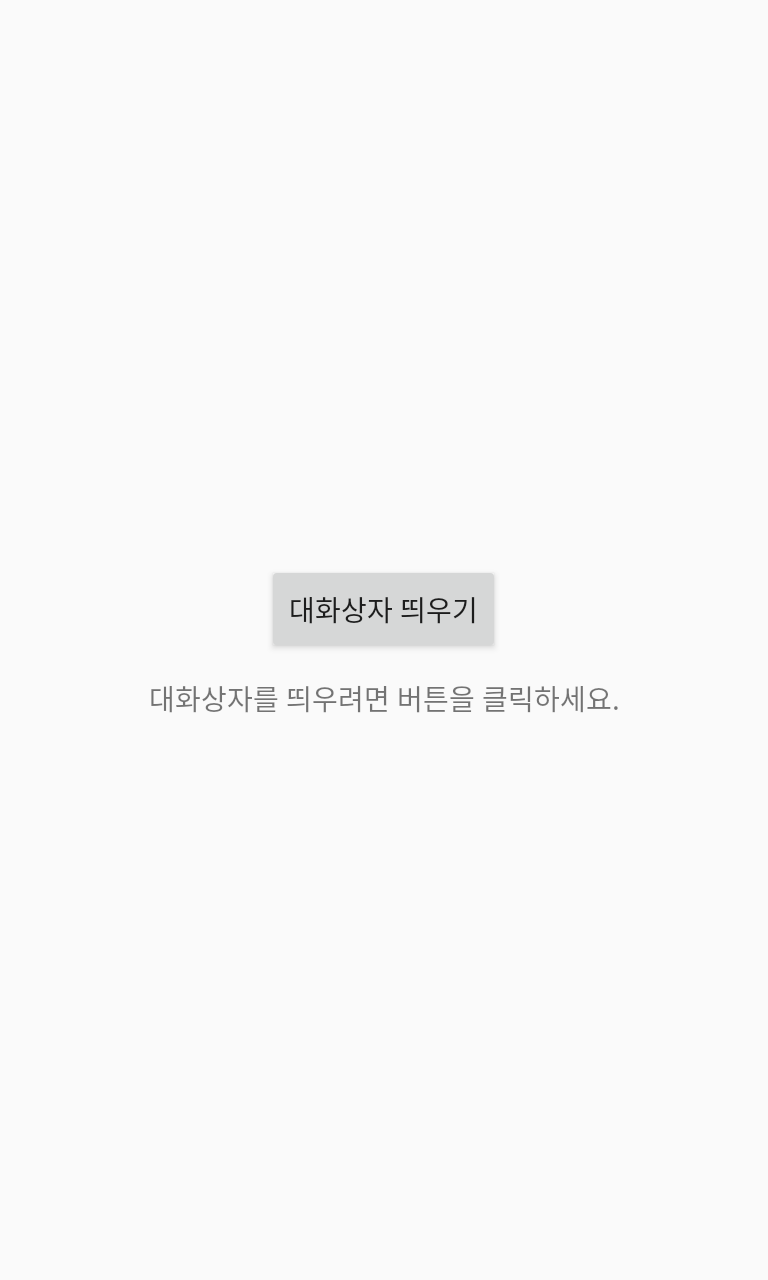
Repository: tae-jun/android
Layout: i1024_Dialog/res/layout/activity_main.xml
An editor plug-in stored every save of this project. The layout is shown before and after the next save, followed by the edit.
It is drawn on a 768 x 1280 px phone screen (xhdpi) without system bars, with theme AppTheme; the app's code is not run.

Above is the layout before, as saved 2014-10-24 03:19:42.

### i1024_Dialog/res/layout/activity_main.xml
<LinearLayout xmlns:android="http://schemas.android.com/apk/res/android"
    xmlns:tools="http://schemas.android.com/tools"
    android:layout_width="match_parent"
    android:layout_height="match_parent"
    android:gravity="center_vertical"
    android:orientation="vertical"
    tools:context="${relativePackage}.${activityClass}" >

    <Button
        android:id="@+id/btnShow"
        android:layout_width="wrap_content"
        android:layout_height="wrap_content"
        android:layout_gravity="center"
        android:text="대화상자 띄우기" />

    <TextView
        android:layout_width="match_parent"
        android:layout_height="wrap_content"
        android:gravity="center"
        android:paddingTop="10dp"
        android:text="대화상자를 띄우려면 버튼을 클릭하세요." />

</LinearLayout>

Loaded but not shown: i1024_Dialog/res/values/styles.xml (common file); i1024_Dialog/res/values-v11/styles.xml (common file); i1024_Dialog/res/values-v14/styles.xml (common file)

After the next save:
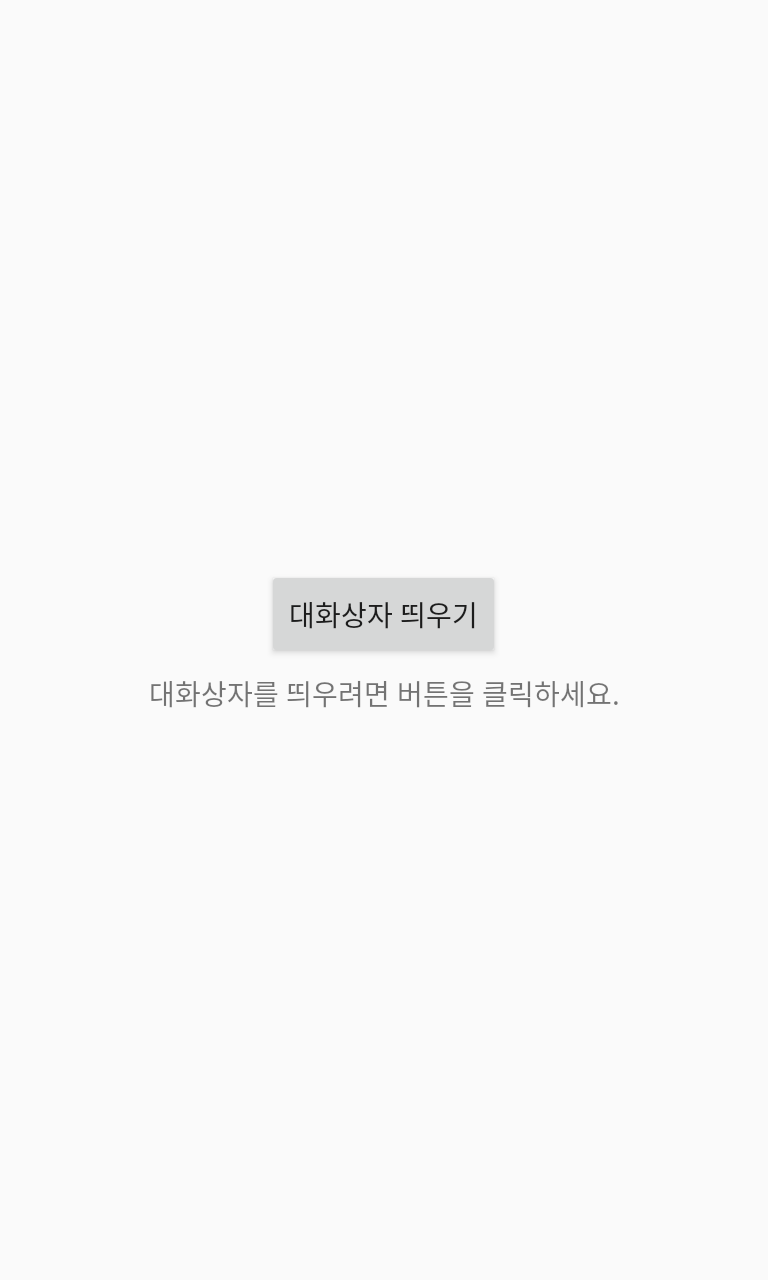
Saved 7 s later.
--- a/i1024_Dialog/res/layout/activity_main.xml
+++ b/i1024_Dialog/res/layout/activity_main.xml
@@ -17,7 +17,7 @@
         android:layout_width="match_parent"
         android:layout_height="wrap_content"
         android:gravity="center"
-        android:paddingTop="10dp"
+        android:paddingTop="5dp"
         android:text="대화상자를 띄우려면 버튼을 클릭하세요." />
 
 </LinearLayout>
